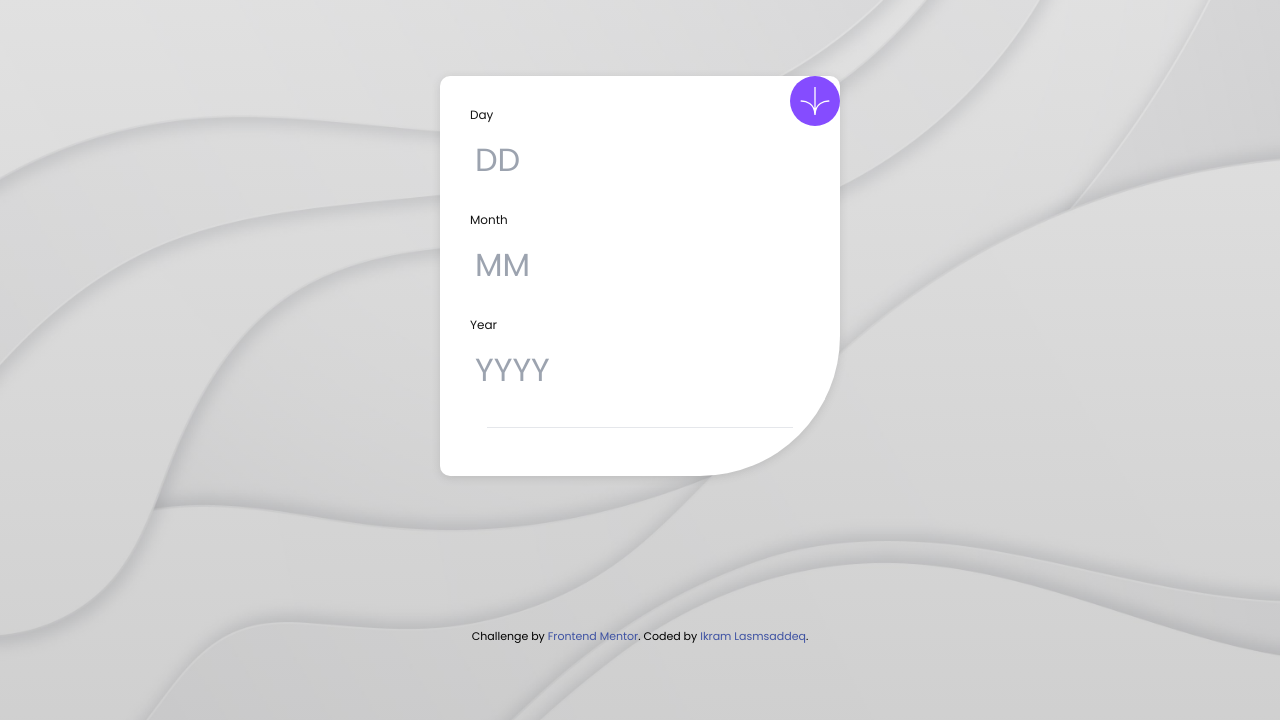
Repository: ikram-lisa/age-display
Page: /
An editor plug-in stored every save of this project. The page is shown before and after the next save, followed by the edit.
The browser window is 1280 px wide. The pictures show the whole page.
Some web libraries are served in a nearby version. The project was rebuilt for these pictures with package versions that can differ from the ones it lists, and the page was loaded fresh each time.

Above is the page before, as saved 2024-05-01 00:21:00.

After the next save:
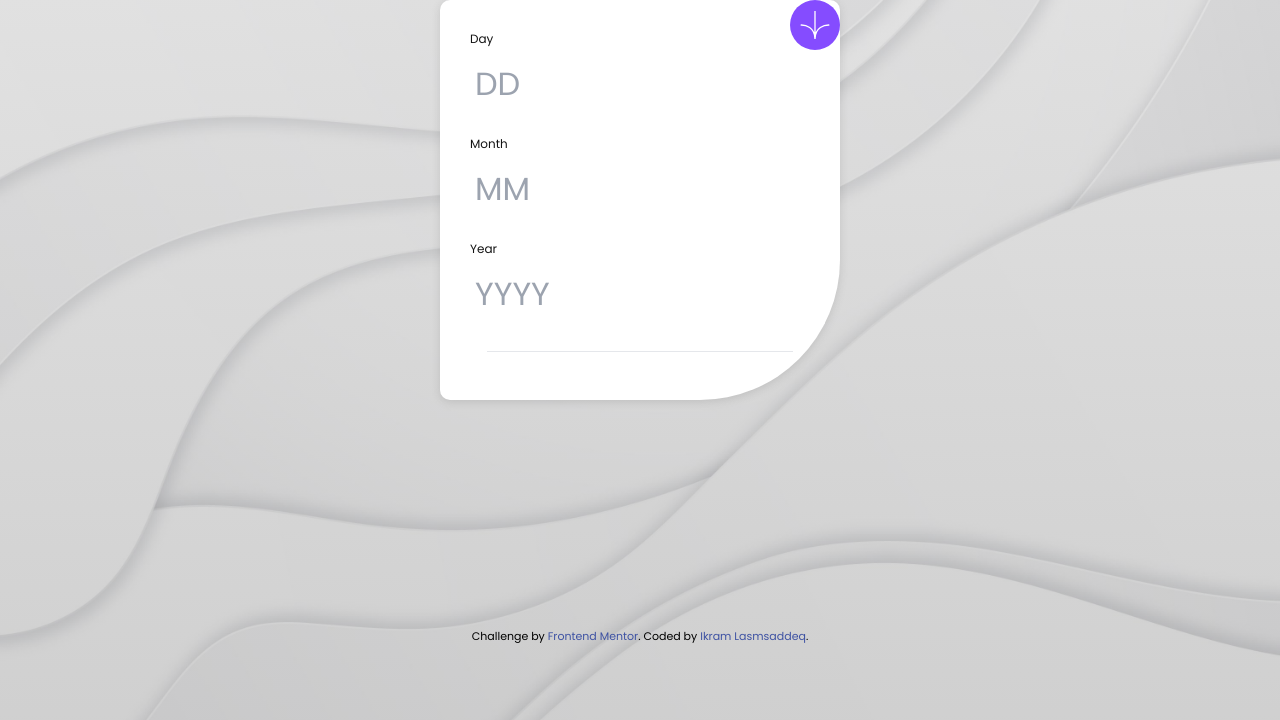
Saved 19 s later.
--- a/css/style.scss
+++ b/css/style.scss
@@ -36,6 +36,7 @@
   display: flex;
   flex-direction: column;
   padding: 30px;
+  margin-bottom: auto;
   .form {
     display: flex;
     flex-wrap: wrap;

After the save that followed:
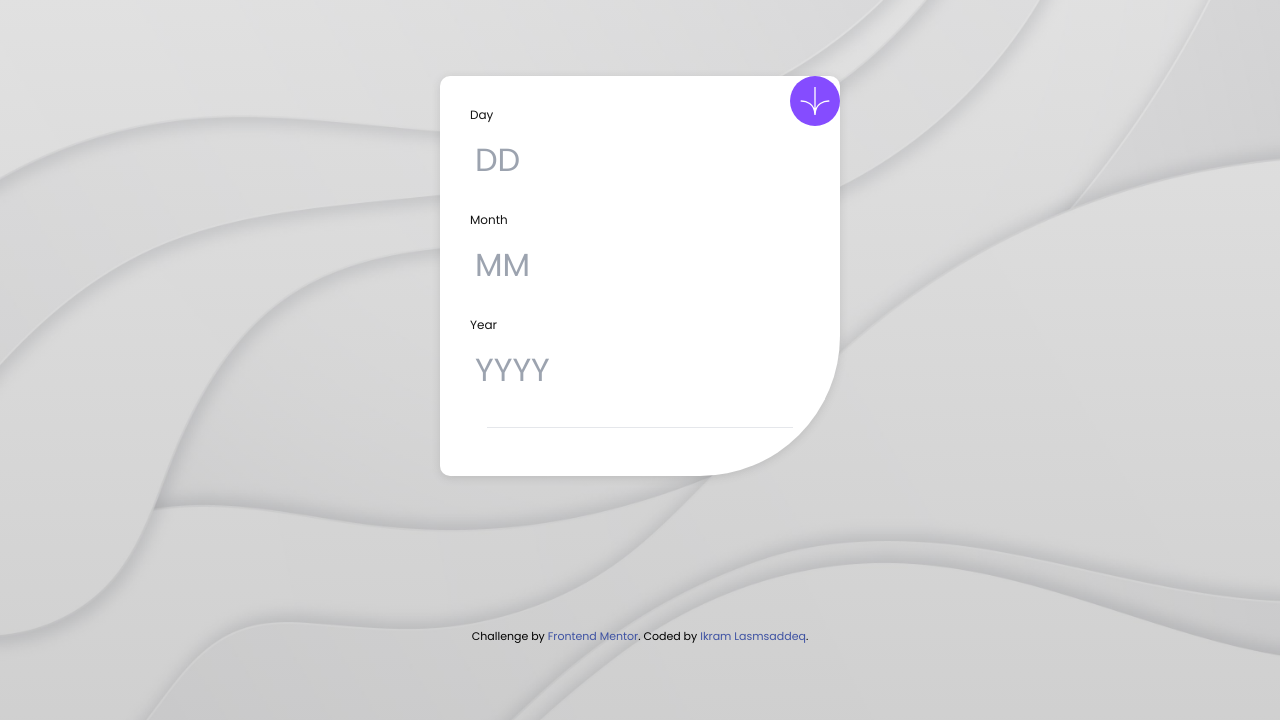
Saved 19 s later.
--- a/css/style.scss
+++ b/css/style.scss
@@ -36,7 +36,6 @@
   display: flex;
   flex-direction: column;
   padding: 30px;
-  margin-bottom: auto;
   .form {
     display: flex;
     flex-wrap: wrap;
